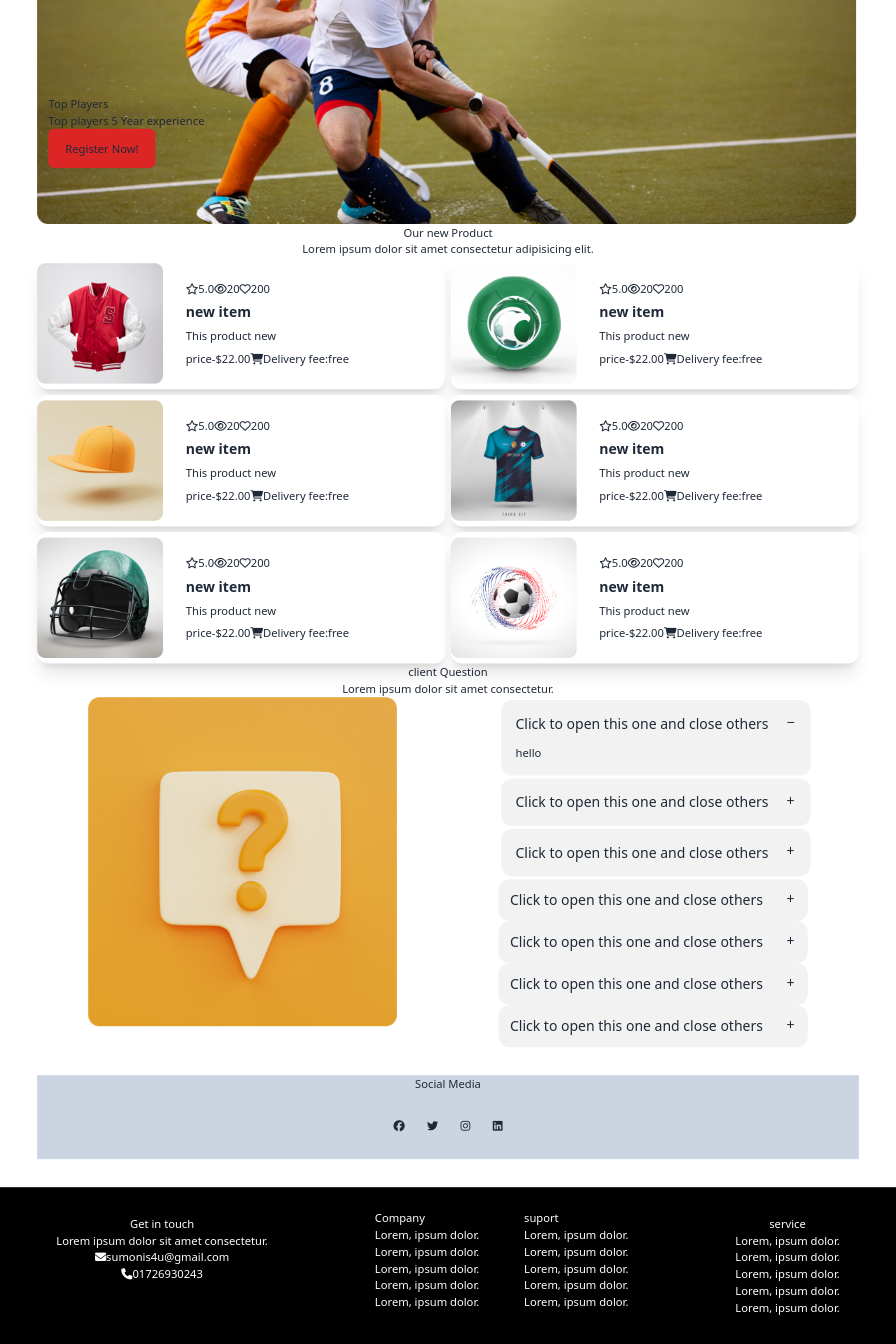
Repository: sumonkumarsarkar/bd-hockeys-team
Page: index.html
An editor plug-in stored every save of this project. The page is shown before and after the next save, followed by the edit.
The browser window is 1280 px wide. The pictures show the part of the page from y = 1610 to 3530 px (the page is 3530 px tall before and 3506 px after), at 70% of full size.
Some web libraries are served in a nearby version.

Above is the page before, as saved 2024-01-24 00:30:13.

### index.html
<!DOCTYPE html>
<html lang="en">
<head>
    <meta charset="UTF-8">
    <meta name="viewport" content="width=device-width, initial-scale=1.0">
    <title>BD Hockeys Team</title>
    <link rel="stylesheet" href="https://cdnjs.cloudflare.com/ajax/libs/font-awesome/6.5.1/css/all.min.css" integrity="sha512-DTOQO9RWCH3ppGqcWaEA1BIZOC6xxalwEsw9c2QQeAIftl+Vegovlnee1c9QX4TctnWMn13TZye+giMm8e2LwA==" crossorigin="anonymous" referrerpolicy="no-referrer" />
    <link href="https://cdn.jsdelivr.net/npm/daisyui@4.6.0/dist/full.min.css" rel="stylesheet" type="text/css" />
    <script src="https://cdn.tailwindcss.com"></script>

</head>
<body>
    <!-- header part start  -->
    <header class="w-11/12 mx-auto">
        <nav>
            <div class="navbar bg-base-100">
                <div class="navbar-start">
                  <div class="dropdown">
                    <div tabindex="0" role="button" class="btn btn-ghost lg:hidden">
                      <svg xmlns="http://www.w3.org/2000/svg" class="h-5 w-5" fill="none" viewBox="0 0 24 24" stroke="currentColor"><path stroke-linecap="round" stroke-linejoin="round" stroke-width="2" d="M4 6h16M4 12h8m-8 6h16" /></svg>
                    </div>
                    <ul tabindex="0" class="menu menu-sm dropdown-content mt-3 z-[1] p-2 shadow bg-base-100 rounded-box w-52">
                      <li><a>Home</a></li>
                      <li><a>About</a></li>
                      <li><a>Page</a></li>
                      <li><a>Blog</a></li>
                      <li><a>Contract</a></li>
                    </ul>
                  </div>
                  <a class="btn btn-ghost text-xl">BD Hockeys</a>
                </div>
                <div class="navbar-center hidden lg:flex">
                  <ul class="menu menu-horizontal px-1">
                    <li><a>Home</a></li>
                      <li><a>About</a></li>
                      <li><a>Page</a></li>
                      <li><a>Blog</a></li>
                      <li><a>Contract</a></li>
                  </ul>
                </div>
                <div class="navbar-end">
                    <div type="search" class="btn btn-ghost btn-circle">
                        <svg xmlns="http://www.w3.org/2000/svg" class="h-5 w-5" fill="none" viewBox="0 0 24 24" stroke="currentColor"><path stroke-linecap="round" stroke-linejoin="round" stroke-width="2" d="M21 21l-6-6m2-5a7 7 0 11-14 0 7 7 0 0114 0z" /></svg>
                      </div>
                  <a class="btn">Get Ticket</a>
                </div>
              </div>
        </nav>



      <!-- banner part start  -->

   <div class=" lg:relative">
    <div>
        <div class="carousel w-full">
            <div id="slide1" class="carousel-item relative w-full">
              <img src="./Images/1.png" class="w-full" alt="bd-hockey" />
              <div class="absolute flex justify-between transform -translate-y-1/2 left-5 right-5 top-1/2">
                <a href="#slide4" class="btn btn-circle">❮</a>
                <a href="#slide2" class="btn btn-circle">❯</a>
              </div>
            </div>
            <div id="slide2" class="carousel-item relative w-full">
              <img src="./Images/banner1.jpeg" class="w-full" alt="bd-hockey" />
              <div class="absolute flex justify-between transform -translate-y-1/2 left-5 right-5 top-1/2">
                <a href="#slide1" class="btn btn-circle">❮</a>
                <a href="#slide3" class="btn btn-circle">❯</a>
              </div>
            </div>
            <div id="slide3" class="carousel-item relative w-full">
              <img src="./Images/banner3.jpg" class="w-full" alt="bd-hockey" />
              <div class="absolute flex justify-between transform -translate-y-1/2 left-5 right-5 top-1/2">
                <a href="#slide2" class="btn btn-circle">❮</a>
                <a href="#slide4" class="btn btn-circle">❯</a>
              </div>
            </div>
            <div id="slide4" class="carousel-item relative w-full">
              <img src="./Images/banner2.jpg" class="w-full" alt="bd-hockey"/>
              <div class="absolute flex justify-between transform -translate-y-1/2 left-5 right-5 top-1/2">
                <a href="#slide3" class="btn btn-circle">❮</a>
                <a href="#slide1" class="btn btn-circle">❯</a>
              </div>
            </div>
          </div>
    </div>
    <div class="lg:absolute bottom-4 right-4">
        <div class="px-4 py-2 bg-black text-white">
            <h2>All achievement of Bangladesh Hockeys Teams</h2>
             <p>World cup, asia cup, euro cup etc</p>
        </div>
    </div>

   </div>

      <!-- banner part end  -->
    </header>
    <!-- header part end  -->




    <!-- main part start  -->
    <main class="w-11/12 mx-auto">
  <section>

       <div class="text-center">
        <h2>Professional Hockeys Club</h2>
        <p>Lorem ipsum dolor sit amet consectetur adipisicing elit.</p>
       </div>

       <!-- card  -->

       <div class="flex flex-col lg:flex-row lg:justify-between bg-slate-300 lg:p-6 ">
        <div class="text-center">
         <div class="radial-progress" style="--value:70;" role="progressbar">87%</div>
         <h3>Top Player</h3>
         <p>Lorem ipsum dolor sit amet consectetur.</p>
        </div>
        <div class="text-center">
            <div class="radial-progress" style="--value:70;" role="progressbar">95%</div>
            <h3>Mid Player</h3>
            <p>Lorem ipsum dolor sit amet consectetur.</p>
        </div>
        <div class="text-center">
            <div class="radial-progress" style="--value:70;" role="progressbar">90%</div>
            <h3>Senior Player</h3>
            <p>Lorem ipsum dolor sit amet consectetur.</p>
        </div>
        <div class="text-center">
            <div class="radial-progress" style="--value:70;" role="progressbar">80%</div>
            <h3>junior Player</h3>
            <p>Lorem ipsum dolor sit amet consectetur.</p>
        </div>
       </div>
  </section>


   <section>

<!-- banner section start  -->
   <!-- text part  -->
   <div class="text-center">
    <h2>Professional Hockeys Club</h2>
    <p>Lorem ipsum dolor sit amet consectetur adipisicing elit.</p>
   </div>

 <!-- banner part  -->

<div class="grid grid-cols-1 lg:grid-cols-2 gap-2">
       <!-- banner -1  -->
    <div class=" relative grid grid-cols-1">
        <div>
            <div><img src="./Images/2.png" alt=""></div>
         </div>
         <div class=" absolute bottom-20 left-4">
            <h2>Top Players</h2>
            <p>Top players 5 Year experience </p>
            <button  class="py-4 px-6 rounded-lg bg-red-600" type="button">Register Now!</button>
         </div>
    </div>

     <!-- banner -2  -->

    <div class="relative grid grid-cols-1">
        <div>
            <div><img src="./Images/3.png" alt=""></div>
         </div>
         <div class=" absolute bottom-20 left-4">
            <h2>Top Players</h2>
            <p>Top players 5 Year experience </p>
            <button  class="py-4 px-6 rounded-lg bg-red-600" type="button">Register Now!</button>
         </div>
    </div>

 <!-- banner -3  -->

    <div class="relative col-span-2">
        <div>
            <div><img src="./Images/4.png" alt=""></div>
         </div>
         <div class=" absolute bottom-20 left-4">
            <h2>Top Players</h2>
            <p>Top players 5 Year experience </p>
            <button  class="py-4 px-6 rounded-lg bg-red-600" type="button">Register Now!</button>
         </div>
    </div>

</div>
   </section>


<!-- our product start  -->
<section>

    <div class="text-center">
        <h2>Our new Product</h2>
        <p>Lorem ipsum dolor sit amet consectetur adipisicing elit.</p>
       </div>

<div class="grid grid-cols-1 lg:grid-cols-2 gap-2">
<!-- card -1  -->

<div class="card card-side bg-base-100 shadow-xl flex-col lg:flex-row">
    <figure><img src="./Images/5.png" alt="T-shirt"/></figure>
    <div class="card-body">
        <div class="flex">
            <div><i class="fa-regular fa-star"></i></div>
            <div><h4>5.0</h4></div>
            <div><i class="fa-regular fa-eye"></i></div>
            <div>20</div>
            <div><i class="fa-regular fa-heart"></i></div>
            <div>200</div>
          </div>
      <h2 class="card-title">new item </h2>
      <p>This product new</p>
      <div class="flex">
        <div>
            <h2>price-$22.00</h2>
        </div>
        <div class="flex">
            <div><i class="fa-solid fa-cart-shopping"></i></div>
            <div><h4>Delivery fee:free</h4></div>
        </div>
      </div>
    </div>
  </div>


  <!-- card -2  -->

  <div class="card card-side bg-base-100 shadow-xl flex-col lg:flex-row">
    <figure><img src="./Images/6.png" alt="T-shirt"/></figure>
    <div class="card-body">
        <div class="flex">
            <div><i class="fa-regular fa-star"></i></div>
            <div><h4>5.0</h4></div>
            <div><i class="fa-regular fa-eye"></i></div>
            <div>20</div>
            <div><i class="fa-regular fa-heart"></i></div>
            <div>200</div>
          </div>
      <h2 class="card-title">new item </h2>
      <p>This product new</p>
      <div class="flex">
        <div>
            <h2>price-$22.00</h2>
        </div>
        <div class="flex">
            <div><i class="fa-solid fa-cart-shopping"></i></div>
            <div><h4>Delivery fee:free</h4></div>
        </div>
      </div>
    </div>
  </div>

<!-- card -3  -->


<div class="card card-side bg-base-100 shadow-xl flex-col lg:flex-row">
    <figure><img src="./Images/7.png" alt="T-shirt"/></figure>
    <div class="card-body">
        <div class="flex">
            <div><i class="fa-regular fa-star"></i></div>
            <div><h4>5.0</h4></div>
            <div><i class="fa-regular fa-eye"></i></div>
            <div>20</div>
            <div><i class="fa-regular fa-heart"></i></div>
            <div>200</div>
          </div>
      <h2 class="card-title">new item </h2>
      <p>This product new</p>
      <div class="flex">
        <div>
            <h2>price-$22.00</h2>
        </div>
        <div class="flex">
            <div><i class="fa-solid fa-cart-shopping"></i></div>
            <div><h4>Delivery fee:free</h4></div>
        </div>
      </div>
    </div>
  </div>


  <!-- card -4  -->


  <div class="card card-side bg-base-100 shadow-xl flex-col lg:flex-row">
    <figure><img src="./Images/8.png" alt="T-shirt"/></figure>
    <div class="card-body">
        <div class="flex">
            <div><i class="fa-regular fa-star"></i></div>
            <div><h4>5.0</h4></div>
            <div><i class="fa-regular fa-eye"></i></div>
            <div>20</div>
            <div><i class="fa-regular fa-heart"></i></div>
            <div>200</div>
          </div>
      <h2 class="card-title">new item </h2>
      <p>This product new</p>
      <div class="flex">
        <div>
            <h2>price-$22.00</h2>
        </div>
        <div class="flex">
            <div><i class="fa-solid fa-cart-shopping"></i></div>
            <div><h4>Delivery fee:free</h4></div>
        </div>
      </div>
    </div>
  </div>


   <!-- card -5  -->


   <div class="card card-side bg-base-100 shadow-xl flex-col lg:flex-row">
    <figure><img src="./Images/9.png" alt="T-shirt"/></figure>
    <div class="card-body">
        <div class="flex">
            <div><i class="fa-regular fa-star"></i></div>
            <div><h4>5.0</h4></div>
            <div><i class="fa-regular fa-eye"></i></div>
            <div>20</div>
            <div><i class="fa-regular fa-heart"></i></div>
            <div>200</div>
          </div>
      <h2 class="card-title">new item </h2>
      <p>This product new</p>
      <div class="flex">
        <div>
            <h2>price-$22.00</h2>
        </div>
        <div class="flex">
            <div><i class="fa-solid fa-cart-shopping"></i></div>
            <div><h4>Delivery fee:free</h4></div>
        </div>
      </div>
    </div>
  </div>


   <!-- card -6  -->


   <div class="card card-side bg-base-100 shadow-xl flex-col lg:flex-row">
    <figure><img src="./Images/10.png" alt="T-shirt"/></figure>
    <div class="card-body">
        <div class="flex">
            <div><i class="fa-regular fa-star"></i></div>
            <div><h4>5.0</h4></div>
            <div><i class="fa-regular fa-eye"></i></div>
            <div>20</div>
            <div><i class="fa-regular fa-heart"></i></div>
            <div>200</div>
          </div>
      <h2 class="card-title">new item </h2>
      <p>This product new</p>
      <div class="flex">
        <div>
            <h2>price-$22.00</h2>
        </div>
        <div class="flex">
            <div><i class="fa-solid fa-cart-shopping"></i></div>
            <div><h4>Delivery fee:free</h4></div>
        </div>
      </div>
    </div>
  </div>

       </div>
</section>


<!-- our product end  -->


<!-- Question part start  -->

<section>

    <div class="text-center">
        <h2>client Question</h2>
        <p>Lorem ipsum dolor sit amet consectetur.</p>
       </div>


       <div class="flex flex-col lg:flex-row justify-around">

        <div>
            <img src="./Images/11.png" alt="">
        </div>
        <div>
            <div class="collapse collapse-plus bg-base-200 p-1 m-1">
                <input type="radio" name="my-accordion-3" checked="checked"/>
                <div class="collapse-title text-xl font-medium">
                  Click to open this one and close others
                </div>
                <div class="collapse-content">
                  <p>hello</p>
                </div>
              </div>
              <div class="collapse collapse-plus bg-base-200 p-1 m-1">
                <input type="radio" name="my-accordion-3" />
                <div class="collapse-title text-xl font-medium">
                  Click to open this one and close others
                </div>
                <div class="collapse-content">
                  <p>hello</p>
                </div>
              </div>
              <div class="collapse collapse-plus bg-base-200 p-1 m-1">
                <input type="radio" name="my-accordion-3" />
                <div class="collapse-title text-xl font-medium">
                  Click to open this one and close others
                </div>
                <div class="collapse-content">
                  <p>hello</p>
                </div>
              </div>
              <div class="collapse collapse-plus bg-base-200">
                <input type="radio" name="my-accordion-3" />
                <div class="collapse-title text-xl font-medium">
                  Click to open this one and close others
                </div>
                <div class="collapse-content">
                  <p>hello</p>
                </div>
              </div>
              <div class="collapse collapse-plus bg-base-200">
                <input type="radio" name="my-accordion-3" />
                <div class="collapse-title text-xl font-medium">
                  Click to open this one and close others
                </div>
                <div class="collapse-content">
                  <p>hello</p>
                </div>
              </div>
              <div class="collapse collapse-plus bg-base-200">
                <input type="radio" name="my-accordion-3" />
                <div class="collapse-title text-xl font-medium">
                  Click to open this one and close others
                </div>
                <div class="collapse-content">
                  <p>hello</p>
                </div>
              </div>
              <div class="collapse collapse-plus bg-base-200">
                <input type="radio" name="my-accordion-3" />
                <div class="collapse-title text-xl font-medium">
                  Click to open this one and close others
                </div>
                <div class="collapse-content">
                  <p>hello</p>
                </div>
              </div>
        </div>
       </div>

</section>


<!-- Question part end  -->




   <!-- banner section end  -->

   <!-- social media  part start  -->
<section>

    <div class="my-10 bg-slate-300">
        <div class="text-center">
            <h2>Social Media</h2>
        </div>
            <div class="flex justify-center items-center p-5">
             <div class="p-4"><i class="fa-brands fa-facebook"></i></div>
             <div class="p-4"><i class="fa-brands fa-twitter"></i></div>
             <div class="p-4"><i class="fa-brands fa-instagram"></i></div>
             <div class="p-4"><i class="fa-brands fa-linkedin"></i></div>
            </div>

    </div>

</section>


   <!-- social media  part end  -->

    </main>
        <!-- main part end  -->

<!-- footer part start  -->
        <footer class="w-full mx-auto bg-black">

            <div class="flex flex-col lg:flex-row justify-around text-white">

                <div class="text-center p-10">
                    <div>
                        <h2>Get in touch</h2>
                        <p>Lorem ipsum dolor sit amet consectetur.</p>
                    </div>
                     <div>
                        <h2> <span><i class="fa-solid fa-envelope"></i></span>sumonis4u@gmail.com</h2>
                        <h2> <span><i class="fa-solid fa-phone"></i></i></span>01726930243</h2>
                     </div>
                  </div>

                 <!-- part-2  -->

                 <div>

                    <div class="flex justify-center lg:justify-between">
                        <div class=" ps-6 lg:p-8">
                            <h2>Company</h2>
                            <p>Lorem, ipsum dolor.</p>
                            <p>Lorem, ipsum dolor.</p>
                            <p>Lorem, ipsum dolor.</p>
                            <p>Lorem, ipsum dolor.</p>
                            <p>Lorem, ipsum dolor.</p>
                        </div>
                        <div class=" ps-6 lg:p-8">
                            <h2>suport</h2>
                            <p>Lorem, ipsum dolor.</p>
                            <p>Lorem, ipsum dolor.</p>
                            <p>Lorem, ipsum dolor.</p>
                            <p>Lorem, ipsum dolor.</p>
                            <p>Lorem, ipsum dolor.</p>
                        </div>
                     </div>
                 </div>



                 <!-- part-3  -->

        <div class=" text-center lg:p-10">
            <div>
                <h2>service</h2>
                <p>Lorem, ipsum dolor.</p>
                <p>Lorem, ipsum dolor.</p>
                <p>Lorem, ipsum dolor.</p>
                <p>Lorem, ipsum dolor.</p>
                <p>Lorem, ipsum dolor.</p>
            </div>
        </div>



            </div>



        </footer>
        <!-- footer part start  -->
</body>
</html>

After the next save:
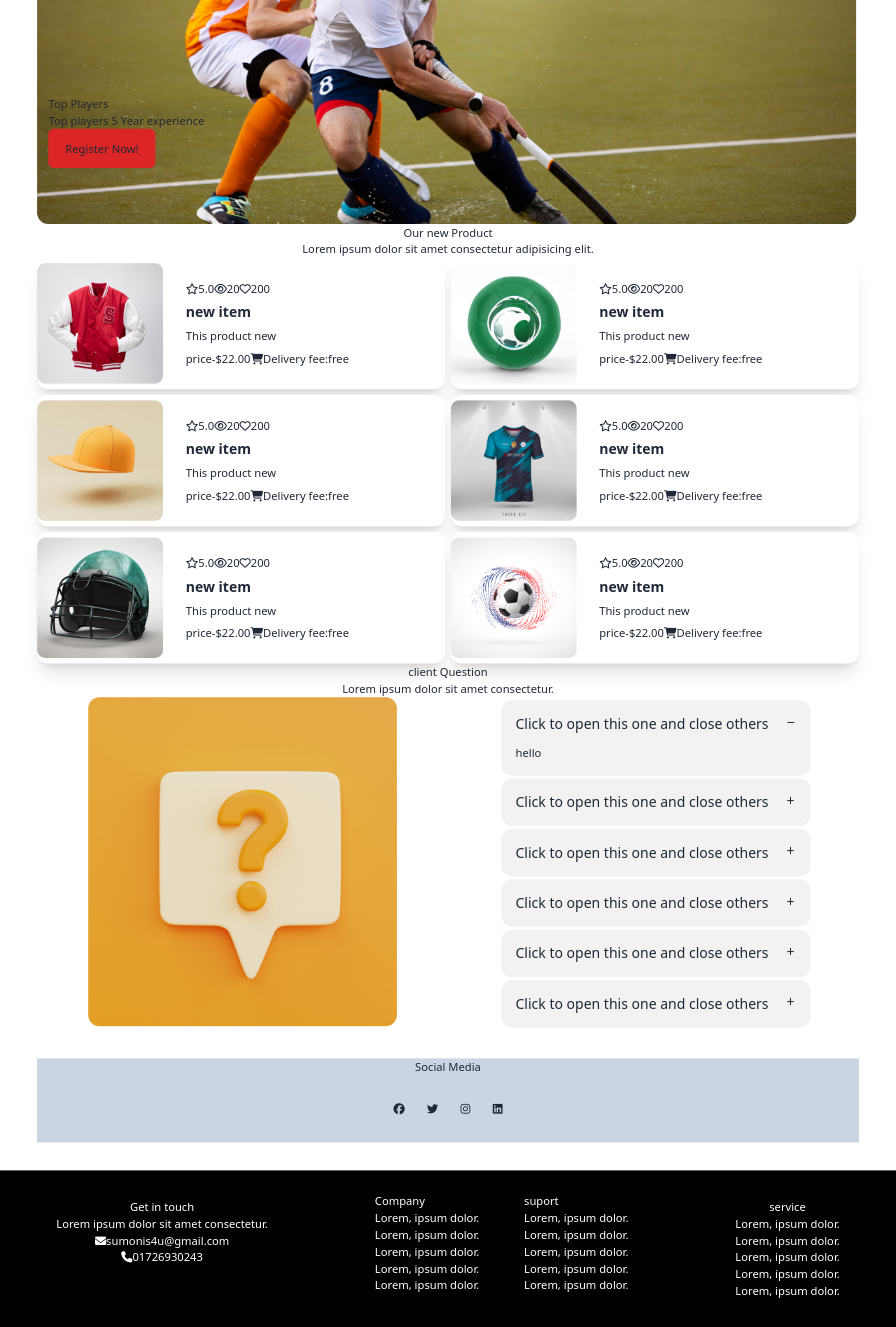
Saved 58 s later.
--- a/index.html
+++ b/index.html
@@ -419,7 +419,7 @@
                   <p>hello</p>
                 </div>
               </div>
-              <div class="collapse collapse-plus bg-base-200">
+              <div class="collapse collapse-plus bg-base-200 p-1 m-1">
                 <input type="radio" name="my-accordion-3" />
                 <div class="collapse-title text-xl font-medium">
                   Click to open this one and close others
@@ -428,7 +428,7 @@
                   <p>hello</p>
                 </div>
               </div>
-              <div class="collapse collapse-plus bg-base-200">
+              <div class="collapse collapse-plus bg-base-200 p-1 m-1">
                 <input type="radio" name="my-accordion-3" />
                 <div class="collapse-title text-xl font-medium">
                   Click to open this one and close others
@@ -437,7 +437,7 @@
                   <p>hello</p>
                 </div>
               </div>
-              <div class="collapse collapse-plus bg-base-200">
+              <div class="collapse collapse-plus bg-base-200 p-1 m-1">
                 <input type="radio" name="my-accordion-3" />
                 <div class="collapse-title text-xl font-medium">
                   Click to open this one and close others
@@ -446,15 +446,7 @@
                   <p>hello</p>
                 </div>
               </div>
-              <div class="collapse collapse-plus bg-base-200">
-                <input type="radio" name="my-accordion-3" />
-                <div class="collapse-title text-xl font-medium">
-                  Click to open this one and close others
-                </div>
-                <div class="collapse-content">
-                  <p>hello</p>
-                </div>
-              </div>
+
         </div>
        </div>
 
